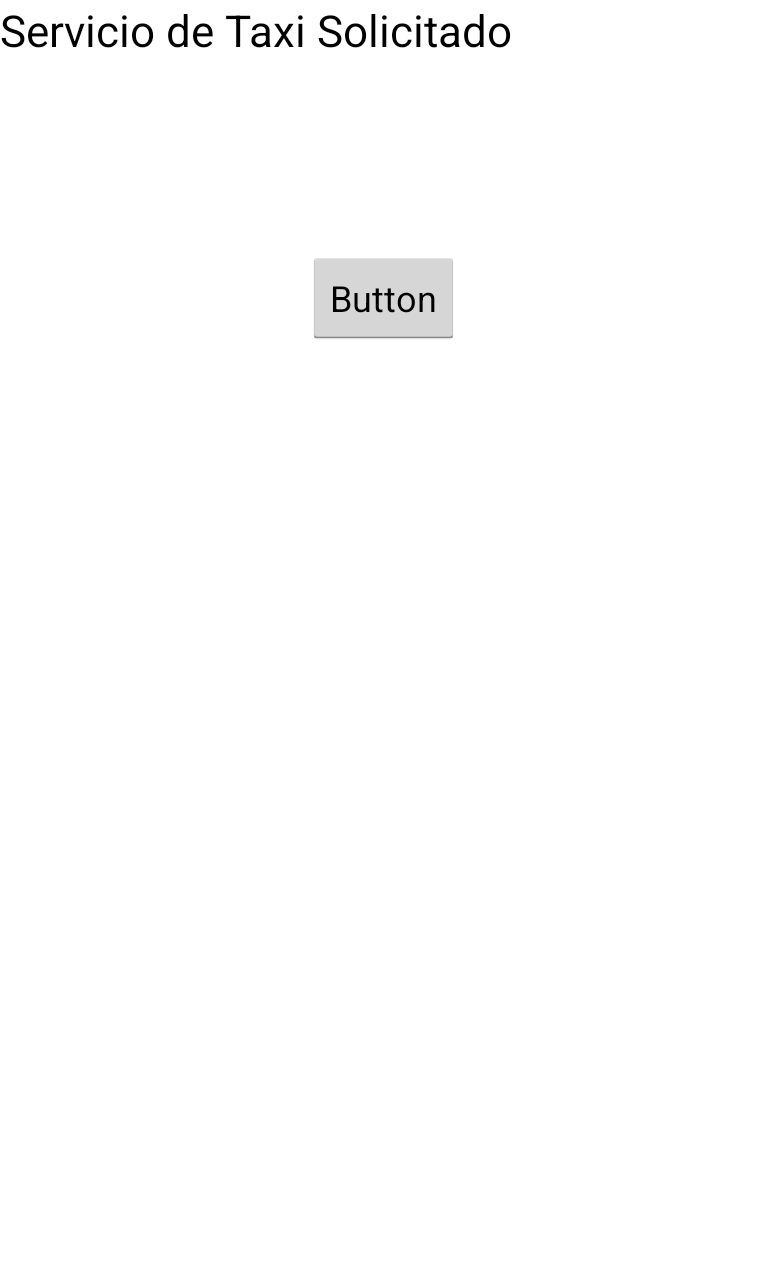
Repository: fernandohur/moviles
Layout: ClienteTaxista/res/layout/activity_confirmar_servicio.xml
An editor plug-in stored every save of this project. The layout is shown before and after the next save, followed by the edit.
It is drawn on a 768 x 1280 px phone screen (xhdpi) without system bars, with theme AppTheme; the app's code is not run.

Above is the layout before, as saved 2013-03-07 14:12:06.

After the next save:
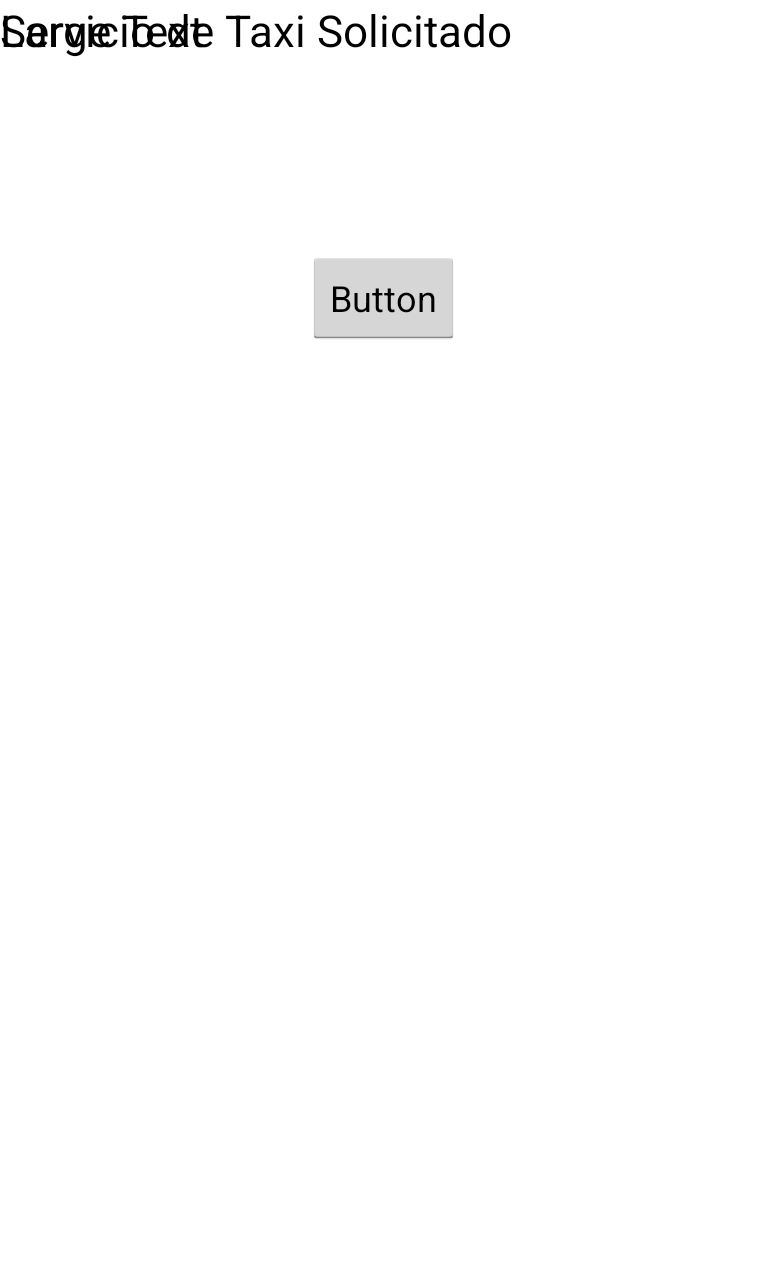
Saved 32 s later.
--- a/ClienteTaxista/res/layout/activity_confirmar_servicio.xml
+++ b/ClienteTaxista/res/layout/activity_confirmar_servicio.xml
@@ -14,7 +14,6 @@
         android:text="Button" />
 
     <TextView
-        android:id="@+id/textView1"
         android:layout_width="wrap_content"
         android:layout_height="wrap_content"
         android:layout_alignParentLeft="true"
@@ -22,4 +21,13 @@
         android:text="Servicio de Taxi Solicitado"
         android:textAppearance="?android:attr/textAppearanceLarge" />
 
+    <TextView
+        android:id="@+id/textView2"
+        android:layout_width="wrap_content"
+        android:layout_height="wrap_content"
+        android:layout_alignParentLeft="true"
+        android:layout_below="@+id/textView1"
+        android:text="Large Text"
+        android:textAppearance="?android:attr/textAppearanceLarge" />
+
 </RelativeLayout>
